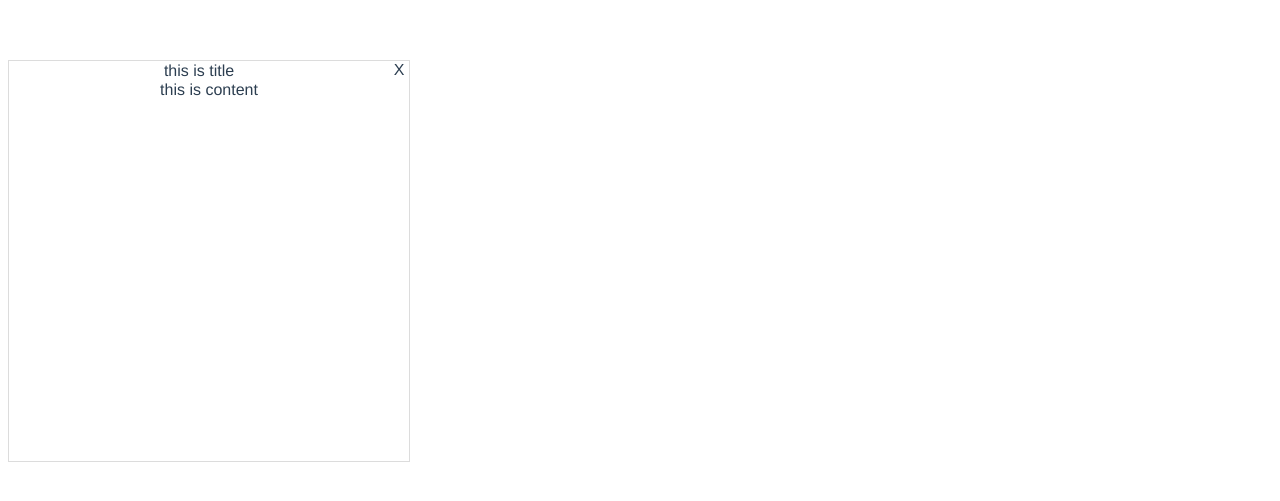
Repository: iulucky6/yf_messageBox
Page: /
An editor plug-in stored every save of this project. The page is shown before and after the next save, followed by the edit.
The browser window is 1280 px wide. The pictures show the whole page.
The project was rebuilt for these pictures with package versions that can differ from the ones it lists, and the page was loaded fresh each time. Also part of the build but not shown: src/components/HelloWorld.vue.

Above is the page before, as saved 2023-09-14 10:49:17.

After the next save:
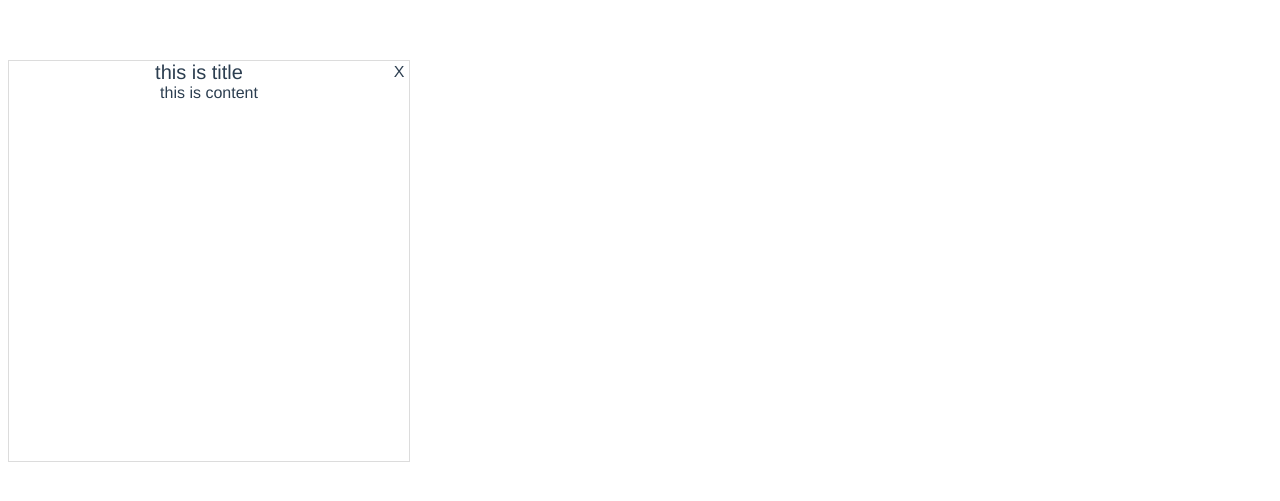
Saved 11 s later.
--- a/src/components/MessageBox/index.vue
+++ b/src/components/MessageBox/index.vue
@@ -54,6 +54,7 @@ export default {
 }
 .title{
   flex: 1;
+  font-size: 20px;
 }
 .close{
   width: 20px;
